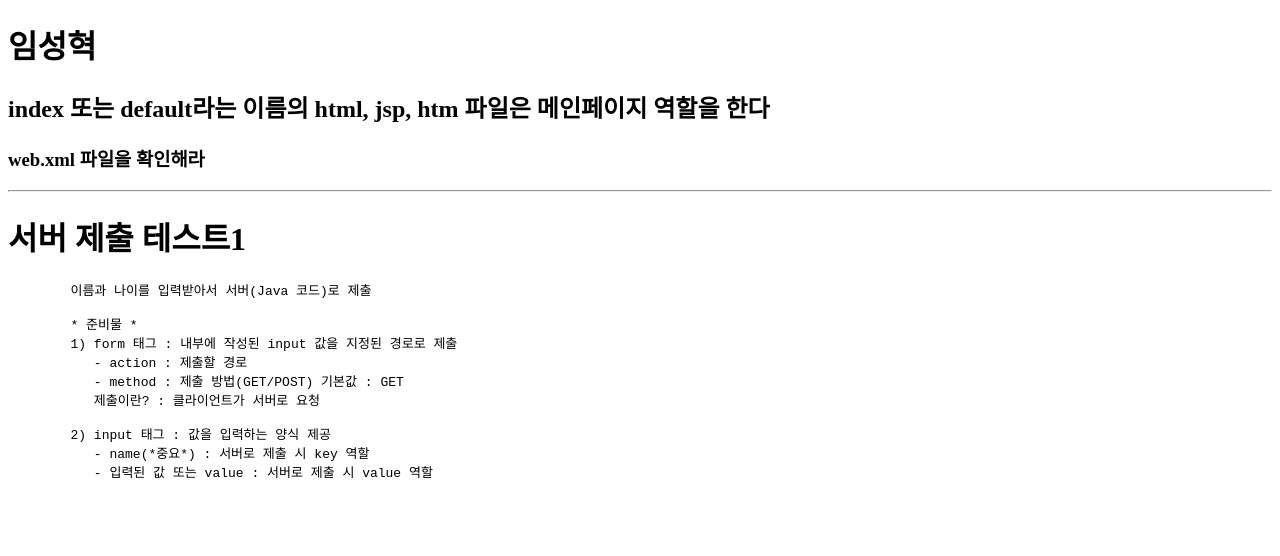
Repository: limbit95/05_Server
Page: ServletProject/src/main/webapp/index.html
These files come from the project's save history. The page is drawn as it stood at one moment and after the next save; the edit follows.
The browser window is 1280 px wide. The pictures show the whole page.

Above is the page before, as saved 2024-03-21 02:38:54.

### ServletProject/src/main/webapp/index.html
<!DOCTYPE html>
<html lang="en">
<head>
    <meta charset="UTF-8">
    <meta name="viewport" content="width=device-width, initial-scale=1.0">
    <title>Servlet Project</title>
</head>
<body>
    <h1>임성혁</h1>
    <h2>index 또는 default라는 이름의 html, jsp, htm 파일은 메인페이지 역할을 한다</h2>
    <h3>web.xml 파일을 확인해라</h3>

    <hr>

    <h1>서버 제출 테스트1</h1>
    <pre>
    	이름과 나이를 입력받아서 서버(Java 코드)로 제출

    	* 준비물 *
    	1) form 태그 : 내부에 작성된 input 값을 지정된 경로로 제출
    	   - action : 제출할 경로
    	   - method : 제출 방법(GET/POST) 기본값 : GET
    	   제출이란? : 클라이언트가 서버로 요청

    	2) input 태그 : 값을 입력하는 양식 제공
    	   - name(*중요*) : 서버로 제출 시 key 역할
    	   - 입력된 값 또는 value : 서버로 제출 시 value 역할
    </pre>
</body>
</html>

After the next save:
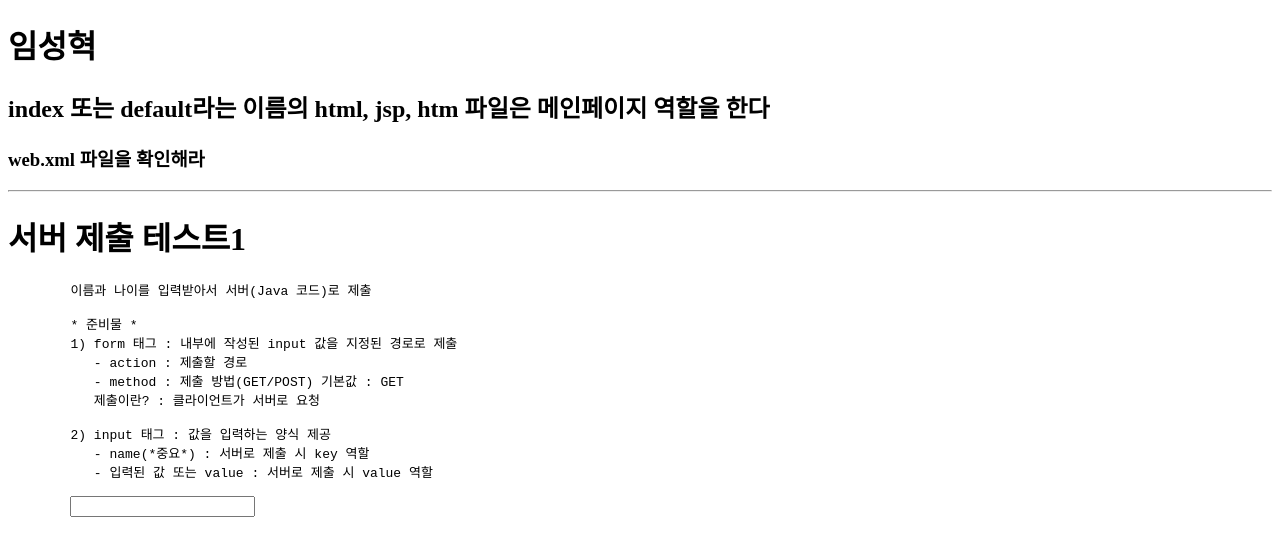
Saved 55 s later.
--- a/ServletProject/src/main/webapp/index.html
+++ b/ServletProject/src/main/webapp/index.html
@@ -25,6 +25,8 @@
     	2) input 태그 : 값을 입력하는 양식 제공
     	   - name(*중요*) : 서버로 제출 시 key 역할
     	   - 입력된 값 또는 value : 서버로 제출 시 value 역할
+
+    	<input name="inputName">
     </pre>
 </body>
 </html>
